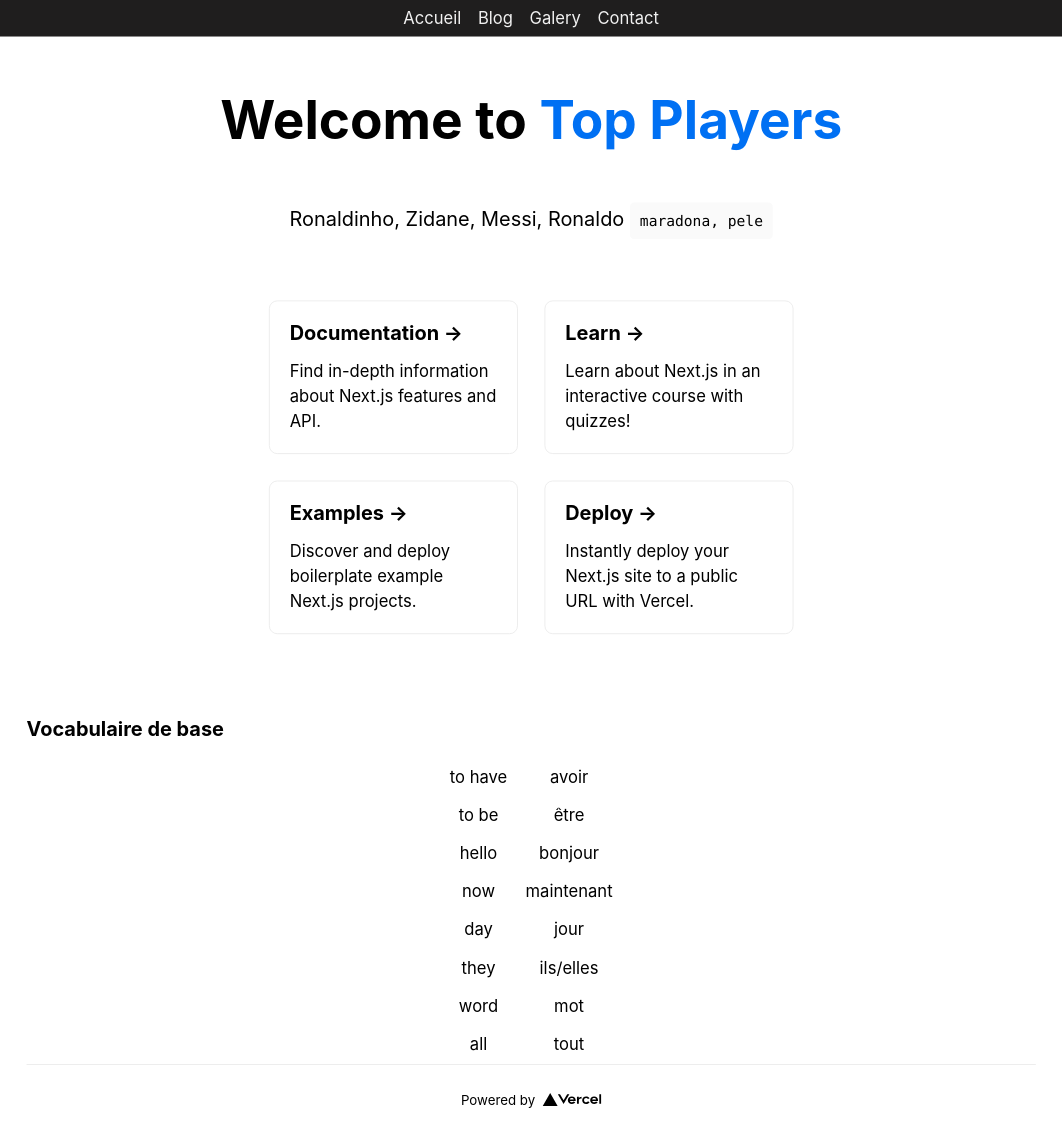
Repository: duncanidaho14/next-first-app
Page: /
These files come from the project's save history. The page is drawn as it stood at one moment and after a run of saves; the edit follows.
The browser window is 1280 px wide. The pictures show the whole page, at 83% of full size.
The project was rebuilt for these pictures with package versions that can differ from the ones it lists, and the page was loaded fresh each time. The framework's server and built-in components were replaced by stand-ins that run in the browser. Also part of the build but not shown: next.config.js.

Above is the page before, as saved 2022-03-06 12:39:59.

After the next 2 saves:
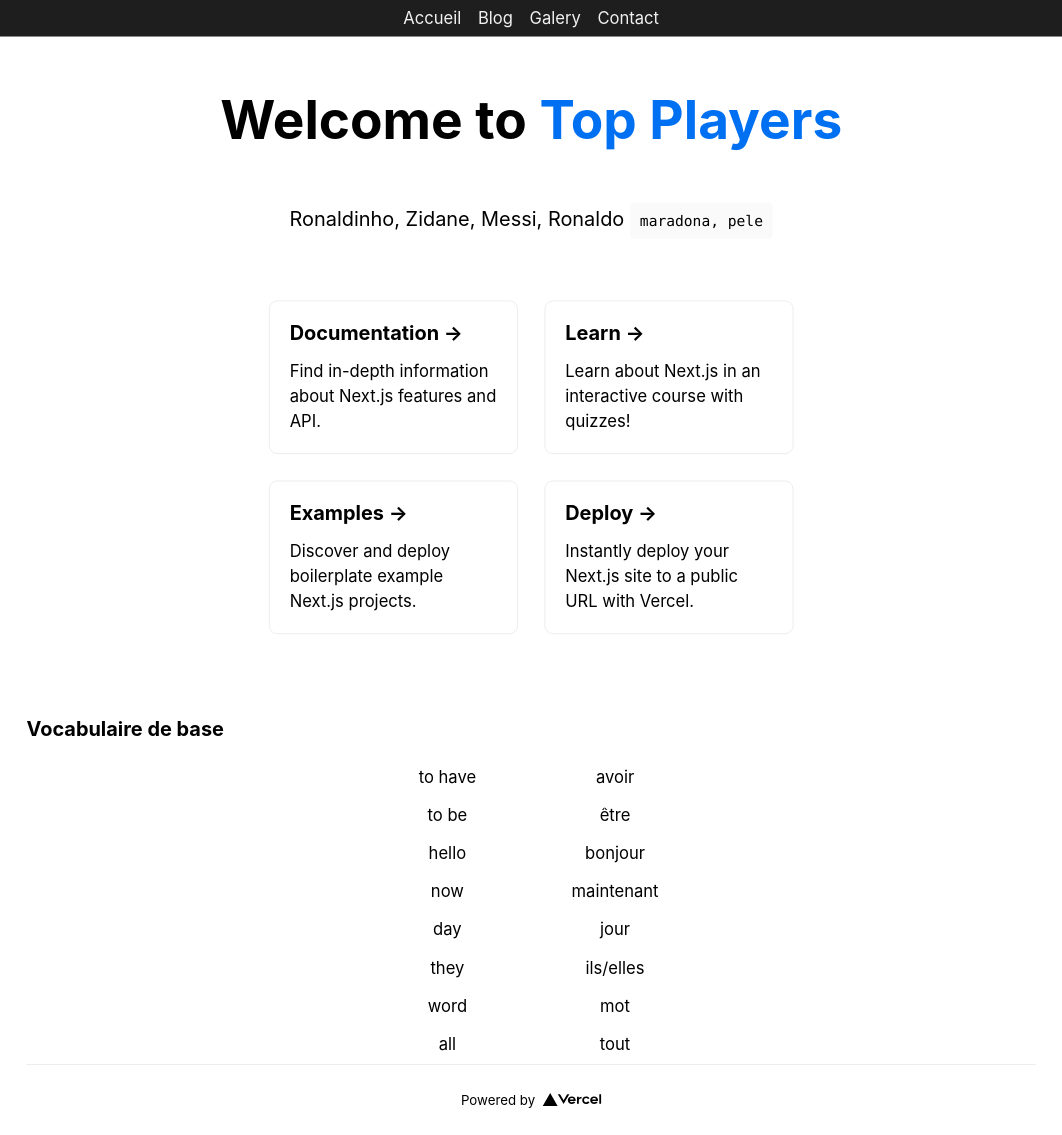
The 2 saves are shown as one change because they came seconds apart.
The last was saved 6 s later.
--- a/styles/Home.module.css
+++ b/styles/Home.module.css
@@ -132,5 +132,5 @@
 .tableau td {
   padding: 10px;
   text-align: center;
-  min-width: none;
+  min-width: 200px;
 }
